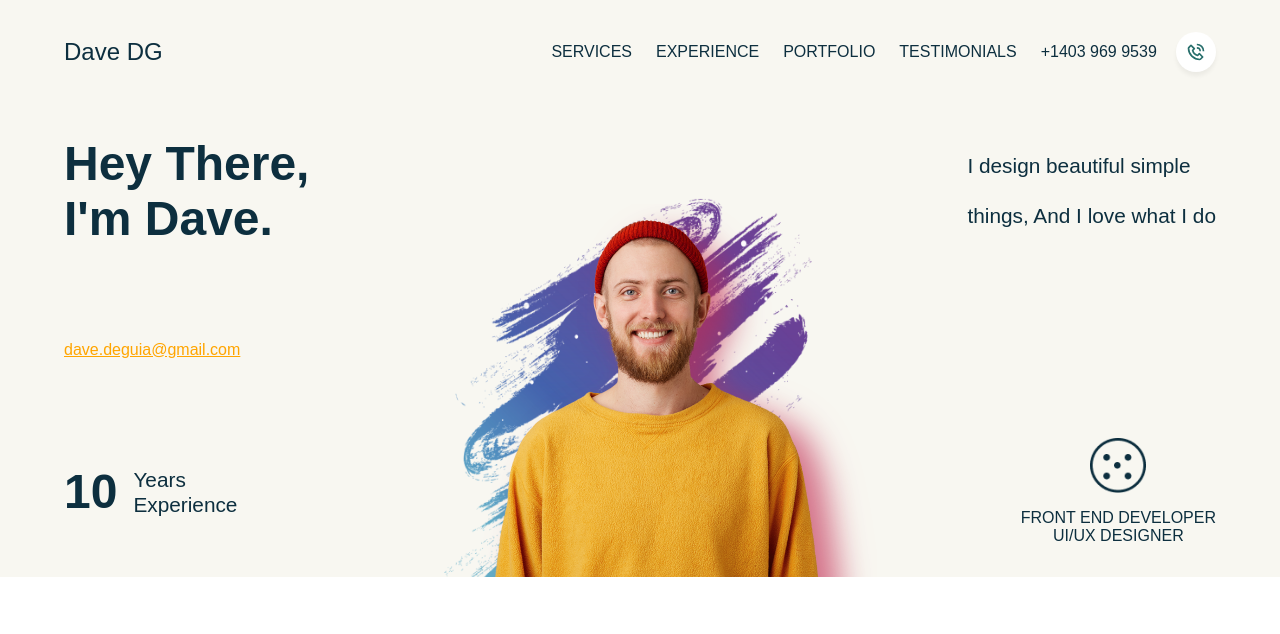
Repository: davedeguia/framer-motion-portfolio
Page: /
These files come from the project's save history. The page is drawn as it stood at one moment and after the next save; the edit follows.
The browser window is 1280 px wide. The pictures show the whole page.
Some web fonts or font styles are not loaded; a fallback is used. The project was rebuilt for these pictures with package versions that can differ from the ones it lists, and the page was loaded fresh each time. Also part of the build but not shown: vite.config.js, src/components/Experties/Experties.module.scss.

Above is the page before, as saved 2023-02-10 05:01:12.

### index.html
<!DOCTYPE html>
<html lang="en">
  <head>
    <meta charset="UTF-8" />
    <link rel="icon" type="image/svg+xml" href="/vite.svg" />
    <meta name="viewport" content="width=device-width, initial-scale=1.0" />
    <link rel="stylesheet" href="https://stijndv.com/fonts/Eudoxus-Sans.css" />
      <title>Dave DG</title>
  </head>
  <body>
    <div id="root"></div>
    <script type="module" src="/src/main.jsx"></script>
  </body>
</html>

### src/main.jsx
import React from 'react'
import ReactDOM from 'react-dom/client'
import App from './App'
import './styles/index.css'
import './styles/global.scss'

ReactDOM.createRoot(document.getElementById('root')).render(
  <React.StrictMode>
    <App />
  </React.StrictMode>
)

### src/App.jsx
import Experties from './components/Experties/Experties'
import Header from './components/Header/Header'
import Hero from './components/hero/Hero'
import css from './styles/app.module.scss'

const App = () => {
  return (
    <div className={`bg-primary ${css.container}`}>
      <Header />
      <Hero />
      <Experties />
    </div>
  )
}

export default App

### src/styles/index.css
* {
    margin: 0;
    padding: 0;
    box-sizing: border-box;
    scroll-behavior: smooth;
    font-family: "Eudoxus Sans", sans-serif;
  }

### src/styles/global.scss
@import './constants.scss';

.bg-primary {
  background: #F8F7F1;
}

.innerWidth {
  @media (min-width: $xxl) {
    max-width: 1280px;
    margin: auto;
  }

  width: 100%;
}

.paddings {
  @media (min-width: $sm) {
    padding: 4rem;
  }


  @media (min-width: $xl),
  (min-width: $md) {
    padding-top: 2rem;
    padding-bottom: 2rem;
  }

  padding-left: 1.5rem;
  padding-right: 1.5rem;
  padding-top: 1.5rem;
  padding-bottom: 1.5rem;
}



.xPaddings {
  @media (min-width: $sm) {
    padding-left: 4rem;
    padding-right: 4rem;
  }

  padding-left: 1.5rem;
  /* 24px */
  padding-right: 1.5rem;
  /* 24px */
}

.yPaddings {
  @media (min-width: $sm) {
    padding-top: 4rem;
    padding-bottom: 4rem;
  }

  @media (min-width: $xl) {
    padding-top: 2rem;
    padding-bottom: 2rem;
  }

  padding-top: 3rem;
  padding-bottom: 3rem;
}

.topPaddings {
  @media (min-width : $sm) {
    padding-top: 4rem;
  }

  @media (min-width: $xl) {
    padding-top: 2rem;
  }

  padding-top: 3rem;
}


.bottomPaddings {
  @media (min-width : $sm) {
    padding-bottom: 4rem;
  }

  @media (min-width: $xl) {
    padding-bottom: 2rem;
  }

  padding-bottom: 3rem;
}


.flexCenter {
  display: flex;
  justify-content: center;
  align-items: center;
}

.flexStart {
  display: flex;
  justify-content: start;
  align-items: center;
}

.flexEnd {
  display: flex;
  justify-items: end;
}

.primaryText {
  @media (max-width: $sm) {
    font-size: 2.5rem;
  }
  font-size: 3rem;
  font-weight: bold;
}

.secondaryText {
  @media (max-width: $sm) {
    font-size: 1.1rem;
    line-height: 40px;
  }
  line-height: 50px;
  font-size: 1.3rem;
  font-weight: 500
}
.anchor {
  display: block;
  position: relative;
  top: -100px;
  visibility: hidden;
}

### src/components/Experties/Experties.jsx
import React from 'react'
import css from './Experties.module.scss'

const Experties = () => {
  return <section></section>
}

export default Experties

### src/components/Header/Header.jsx
import React, { useState } from 'react'
import css from './Header.module.scss'
import { BiMenuAltRight, BiPhoneCall } from 'react-icons/bi'
import { motion } from 'framer-motion'
import { getMenuStyles, headerVariants } from '../../utils/motion'
import useHeaderShadow from '../../hooks/useHeaderShadow'

const Header = () => {
  const [menuOpened, setMenuOpened] = useState(false)
  const headerShadow = useHeaderShadow()
  return (
    <motion.div
      initial='hidden'
      whileInView='show'
      variants={headerVariants}
      viewport={{ once: false, amount: 0.25 }}
      className={`paddings ${css.wrapper}`}
      style={{ boxShadow: headerShadow }}
    >
      <div className={`flexCenter innerWidth ${css.container}`}>
        <div className={css.name}>Dave DG</div>
        <ul
          style={getMenuStyles(menuOpened)}
          className={`flexCenter ${css.menu}`}
        >
          <li>
            <a href=''>Services</a>
          </li>

          <li>
            <a href=''>Experience</a>
          </li>

          <li>
            <a href=''>Portfolio</a>
          </li>

          <li>
            <a href=''>Testimonials</a>
          </li>

          <li className={`flexCenter ${css.phone}`}>
            <p>+1403 969 9539</p>
            <BiPhoneCall size={'40px'} />
          </li>
        </ul>
        {/* for medium and small screens */}
        <div
          className={css.menuIcon}
          onClick={() => setMenuOpened((prev) => !prev)}
        >
          <BiMenuAltRight size={30} />
        </div>
      </div>
    </motion.div>
  )
}

export default Header

### src/components/hero/Hero.jsx
import React from 'react'
import css from './Hero.module.scss'
import { motion } from 'framer-motion'
import { fadeIn, slideIn, staggerContainer } from '../../utils/motion'

const Hero = () => {
  return (
    <section className={`paddings ${css.wrapper}`}>
      <motion.div
        variants={staggerContainer}
        initial='hidden'
        whileInView='show'
        viewport={{ once: false, amount: 0.25 }}
        className={`innerWidth ${css.container}`}
      >
        {/* upper elements */}
        <div className={css.upperElements}>
          <motion.span
            variants={fadeIn('right', 'tween', 0.2, 1)}
            className='primaryText'
          >
            Hey There, <br /> I'm Dave.
          </motion.span>
          <motion.span
            variants={fadeIn('left', 'tween', 0.4, 1)}
            className='secondaryText'
          >
            I design beautiful simple <br /> things, And I love what I do
          </motion.span>
        </div>

        {/* person image */}
        <motion.div
          variants={fadeIn('up', 'tween', 0.3, 1)}
          className={css.person}
        >
          <motion.img
            variants={slideIn('up', 'tween', 0.5, 1.3)}
            src='./person.png'
            alt=''
          />
        </motion.div>

        {/* email */}
        <a className={css.email} href='mailto:dave.deguia@gmail.com'>
          dave.deguia@gmail.com
        </a>

        {/* lower elements */}
        <div className={css.lowerElements}>
          <div className={css.experience}>
            <div className='primaryText'>10</div>
            <div className='secondaryText'>
              <div>Years</div>
              <div>Experience</div>
            </div>
          </div>
          <div className={css.certificate}>
            <img src='./certificate.png' alt='' />
            <span>FRONT END DEVELOPER</span>
            <span>UI/UX DESIGNER</span>
          </div>
        </div>
      </motion.div>
    </section>
  )
}

export default Hero

### src/styles/app.module.scss
@import './constants.scss';

.container{
    overflow-x: clip;
    position: relative;
    color: $primary;

}

### src/components/Header/Header.module.scss
@import './../../styles/constants.scss';

.wrapper {
    position: relative;
    z-index: 99;
    opacity: 1;
    transform: none;
    position: sticky;
    top: 0px;
    transition: all 300ms ease;

    .container {
        position: relative;
        justify-content: space-between;
        font-weight: 500;

        .name {
            font-size: 1.5rem;
            font-weight: 500;
        }

        .menu {

            @media (max-width: $sm),
            (max-width: $md) {
                position: absolute;
                list-style: none;
                gap: 2rem;
                font-weight: 500;
                flex-direction: column;
                right: 0;
                top: 3rem;
                height: calc(100vh - 6.3rem);
                width: 50%;
                min-width: 15rem;
                background: white;
                padding: 2rem;
                display: flex;
                border-radius: 10px;
                transition: all 200ms ease;
                align-items: flex-start;
                padding: 3rem;
                justify-content: flex-start;
                box-shadow: 0px 4px 4px rgba(0, 0, 0, 0.05);
            }

            text-transform: uppercase;
            font-size: 1rem;
            list-style: none;
            gap: 1.5rem;
            cursor: pointer;

            li {
                a {
                    color: inherit;
                    text-decoration: none;
                }

                &:hover {
                    color: $secondary;
                }
            }

            .phone {
                gap: 1.2rem;
                flex-wrap: wrap;

                svg {
                    color: $secondary;
                    background-color: white;
                    padding: 10px;
                    border-radius: 999px;
                    box-shadow: 0px 4px 4px rgba(0, 0, 0, 0.05);
                }
            }
        }



        .menuIcon {

            @media (max-width: $sm),
            (max-width: $md) {
                display: block;
            }

            display: none;
        }
    }
}

### src/utils/motion.js
export const headerVariants = {
  hidden: {
    opacity: 0,
    y: -50,
    transition: {
      type: 'spring',
      stiffness: 300,
      damping: 140,
    },
  },
  show: {
    opacity: 1,
    y: 0,
    transition: {
      type: 'spring',
      stiffness: 80,
      delay: 1,
    },
  },
}

export const slideIn = (direction, type, delay, duration) => ({
  hidden: {
    x: direction === 'left' ? '-100%' : direction === 'right' ? '100%' : 0,
    y: direction === 'up' ? '100%' : direction === 'down' ? '100%' : 0,
  },
  show: {
    x: 0,
    y: 0,
    transition: {
      type,
      delay,
      duration,
      ease: 'easeOut',
    },
  },
})

export const staggerContainer = (staggerChildren, delayChildren) => ({
  hidden: {},
  show: {
    transition: {
      staggerChildren,
      delayChildren,
    },
  },
})

export const textVariant = (delay) => ({
  hidden: {
    y: 50,
    opacity: 0,
  },
  show: {
    y: 0,
    opacity: 1,
    transition: {
      type: 'spring',
      duration: 1.25,
      delay,
    },
  },
})

export const textVariant2 = {
  hidden: {
    opacity: 0,
    y: 20,
  },
  show: {
    opacity: 1,
    y: 0,
    transition: {
      type: 'tween',
      ease: 'easeIn',
    },
  },
}

export const fadeIn = (direction, type, delay, duration) => ({
  hidden: {
    x: direction === 'left' ? 100 : direction === 'right' ? -100 : 0,
    y: direction === 'up' ? 100 : direction === 'down' ? -100 : 0,
    opacity: 0,
  },
  show: {
    x: 0,
    y: 0,
    opacity: 1,
    transition: {
      type,
      delay,
      duration,
      ease: 'easeOut',
    },
  },
})

export const zoomIn = (delay, duration) => ({
  hidden: {
    scale: 0,
    opacity: 0,
  },
  show: {
    scale: 1,
    opacity: 1,
    transition: {
      type: 'tween',
      delay,
      duration,
      ease: 'easeOut',
    },
  },
})

export const footerVariants = {
  hidden: {
    opacity: 0,
    y: 50,
    transition: {
      type: 'spring',
      stiffness: 300,
      damping: 140,
    },
  },
  show: {
    opacity: 1,
    y: 0,
    transition: {
      type: 'spring',
      stiffness: 80,
      delay: 0.5,
    },
  },
}

export const staggerChildren = {
  hidden: { opacity: 0 },
  show: {
    opacity: 1,
    transition: {
      staggerChildren: 0.5,
    },
  },
}

export const getMenuStyles = (menuOpened) => {
  if (document.documentElement.clientWidth <= 640) {
    return { right: !menuOpened && '-100%' }
  }
}

### src/components/hero/Hero.module.scss
@import './../../styles/constants.scss';

.wrapper {
    overflow: hidden;

    .container {
        position: relative;
        z-index: 1;

        .upperElements {
            @media (max-width: $sm) {
                justify-content: center;
                text-align: center;
                gap: 2rem;
            }
            display: flex;
            align-items: center;
            justify-content: space-between;
            flex-wrap: wrap;
        }

        .lowerElements {
            @media (max-width: $sm), (max-width: $md) {
                margin-top: 4rem;
                gap: 2rem;
                justify-content: center;
            }
            margin-top: 12rem;
            display: flex;
            flex-wrap: wrap;
            justify-content: space-between;

            .experience {
                display: flex;
                align-items: center;
                gap: 1rem;

                >:nth-child(2) {
                    line-height: 25px;
                }
            }

            .certificate {
                display: flex;
                flex-direction: column;
                align-items: center;

                img {
                    margin-bottom: 1rem;
                    width: 3.5rem;
                }
            }
        }

        .person {
            @media (max-width: $sm), (max-width: $md) {
                position: relative;
                left: 0;
                background-size: 20rem;
                display: flex;
                align-items: center;
                justify-content: center;
                background-position: bottom;
            }
            position: absolute;
            bottom: -2rem;
            margin: auto;
            background-image: url('../splash.png');
            background-repeat: no-repeat;
            background-size: 23rem;
            left: 33%;

            img {
                @media (max-width: $sm) {
                    width: 23rem;
                }
                margin-bottom: -5px;
            }
        }

        .email {
            @media (max-width: $sm) {
                position: relative;
                display: none;
            }
            position: absolute;
            top: 50%;
            color: orange;
            left: 0;
        }
    }
}

Loaded but not shown: src/styles/constants.scss (common file); src/hooks/useHeaderShadow.jsx (common file)

After the next save:
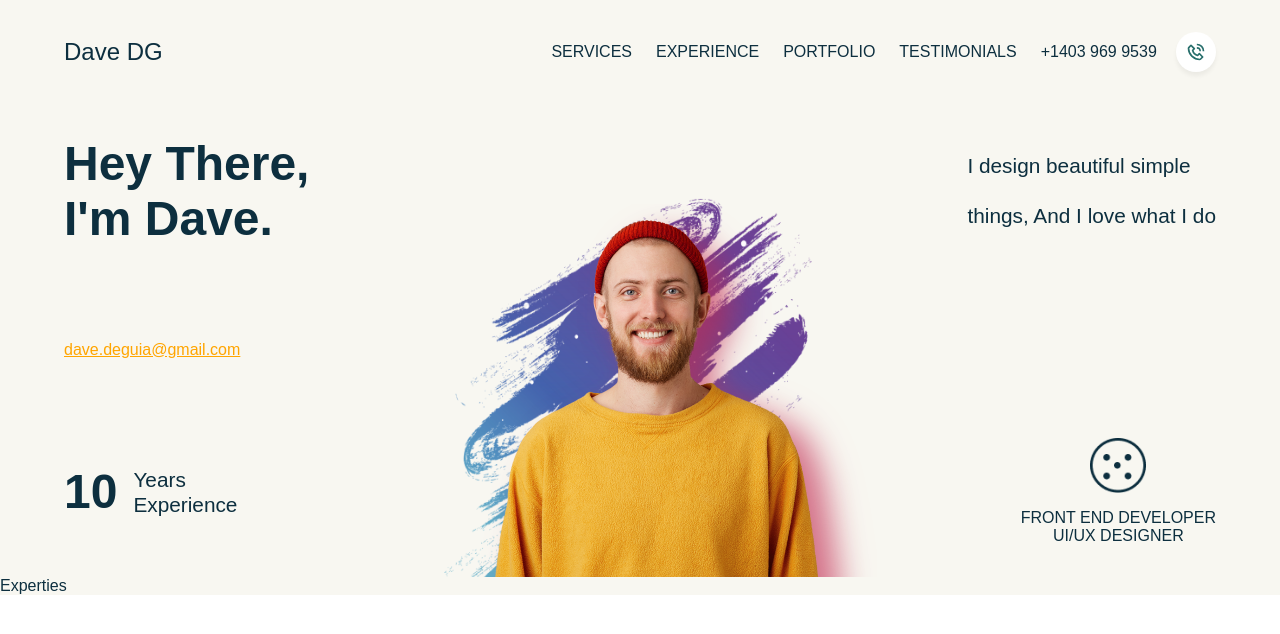
Saved 42 s later.
--- a/src/components/Experties/Experties.jsx
+++ b/src/components/Experties/Experties.jsx
@@ -2,7 +2,11 @@ import React from 'react'
 import css from './Experties.module.scss'
 
 const Experties = () => {
-  return <section></section>
+  return (
+    <section>
+      <div>Experties</div>
+    </section>
+  )
 }
 
 export default Experties
